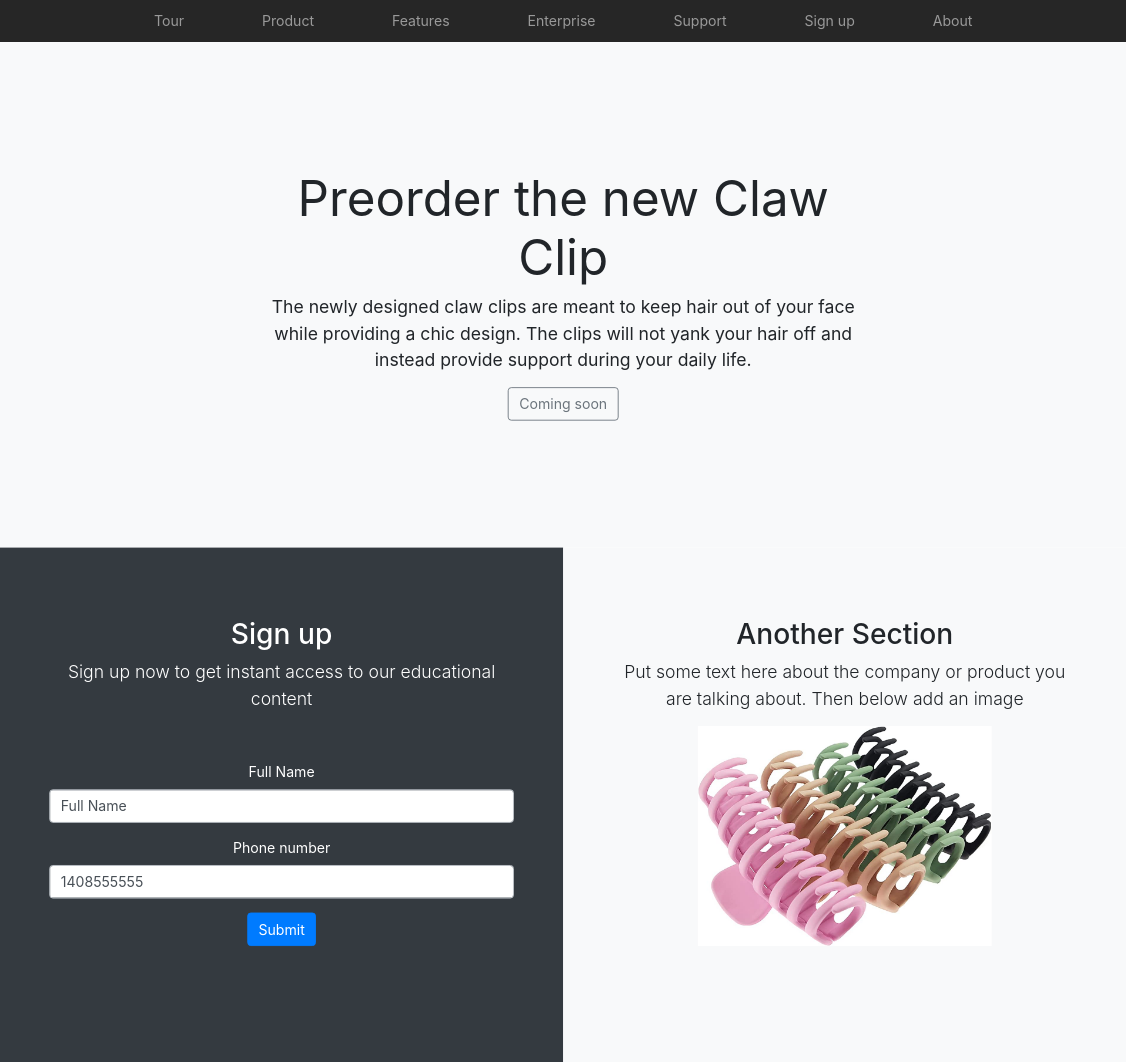
Repository: ttse009/TiffT-Website
Page: LearnCS8-Twilio/index.html
The author's editor kept a record of every edit. The page is drawn from the files as they stood at one moment, then again after the next edit.
The browser window is 1280 px wide. The pictures show the whole page, at 88% of full size.

Above is the page before.

After the next edit:
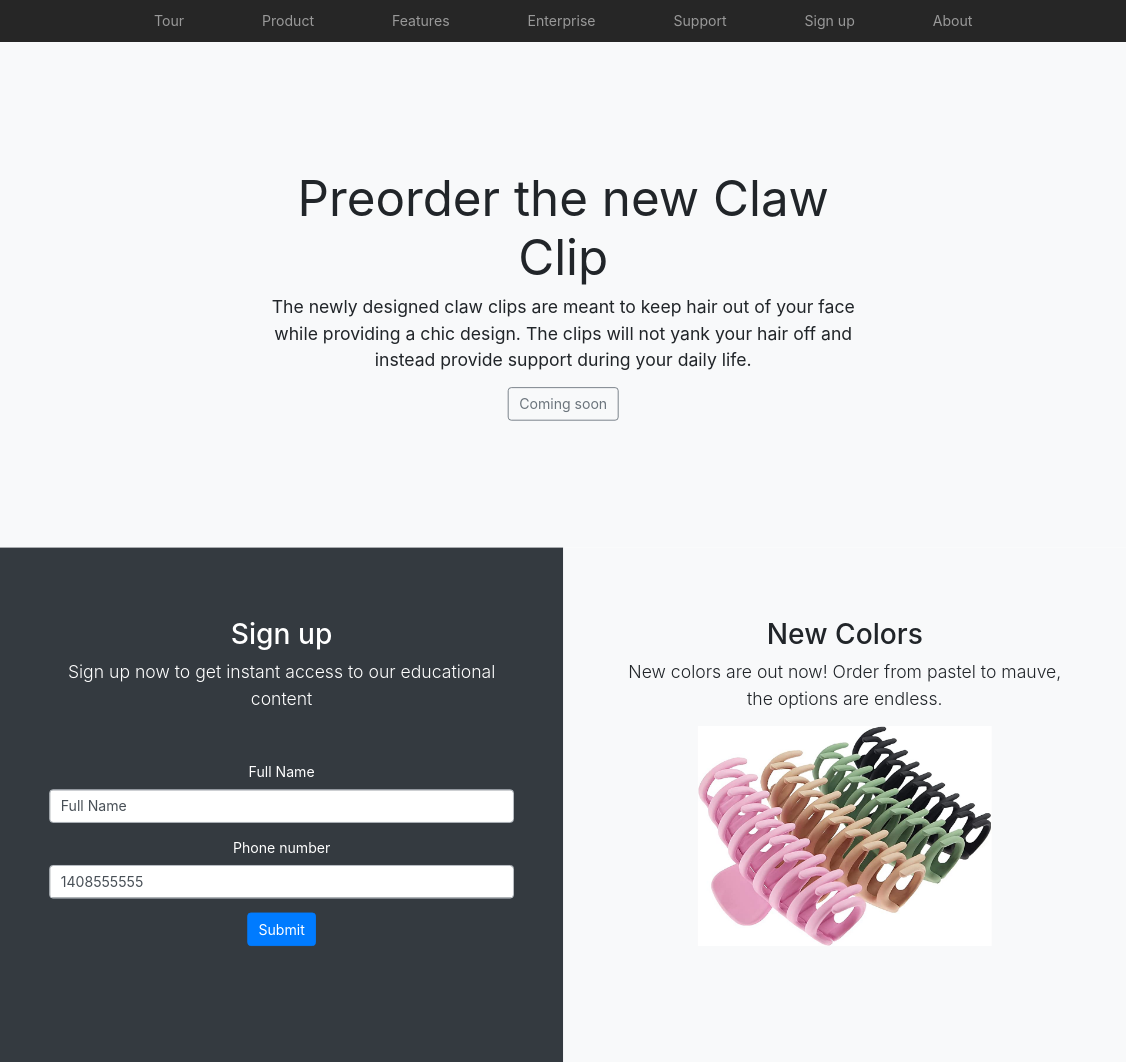
The edit:
--- a/LearnCS8-Twilio/index.html
+++ b/LearnCS8-Twilio/index.html
@@ -77,8 +77,8 @@
     <!-- Right Tile -->
     <div class="bg-light pt-3 px-3 pt-md-5 px-md-5 text-center overflow-hidden">
         <div class="my-3 p-3">
-            <h2 class="display-5">Another Section</h2>
-            <p class="lead">Put some text here about the company or product you are talking about. Then below add an image</p>
+            <h2 class="display-5">New Colors</h2>
+            <p class="lead">New colors are out now! Order from pastel to mauve, the options are endless.</p>
             <img class="mx-auto" src="claw_clip.jpg" height="250px">
         </div>
         <div class="mx-auto" style="width: 80%; height: 100px; border-radius: 21px 21px 0 0;"></div>
